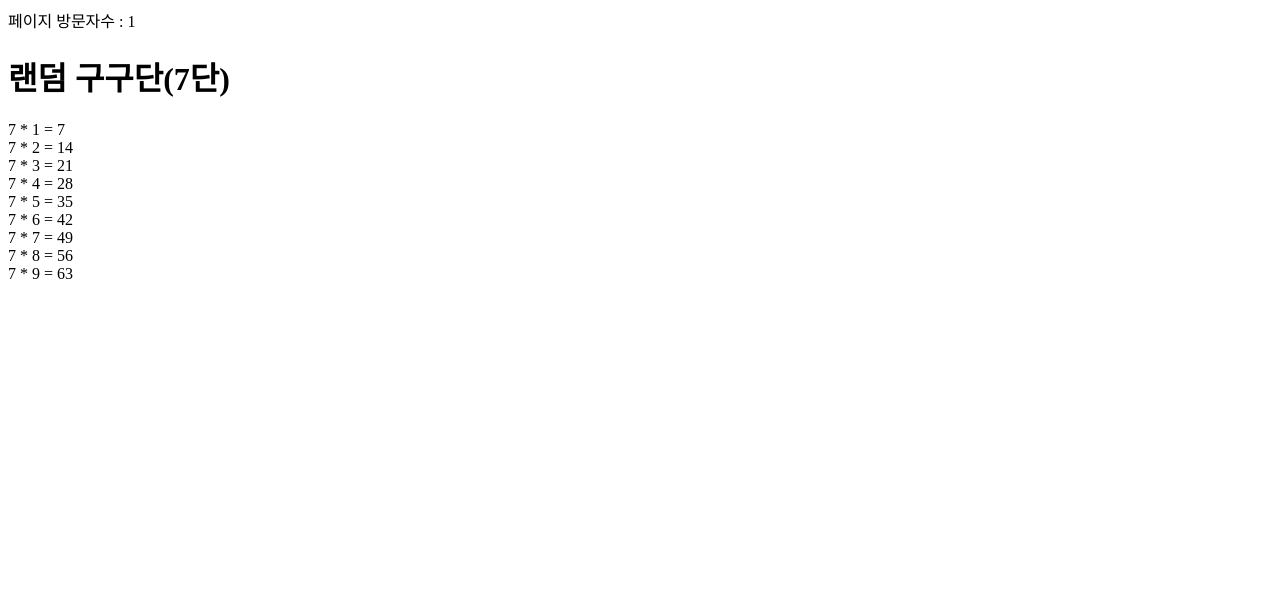
Repository: JongMin22/jsp.practice
Page: http://localhost/JSPBasic/JsPTag/TagQ02.jsp
These files come from the project's save history. The page is drawn as it stood at one moment and after the next save; the edit follows.
The browser window is 1280 px wide. The pictures show the whole page.
The page is served by Tomcat 9.

Above is the page before, as saved 2022-02-02 13:23:56.

After the next save:
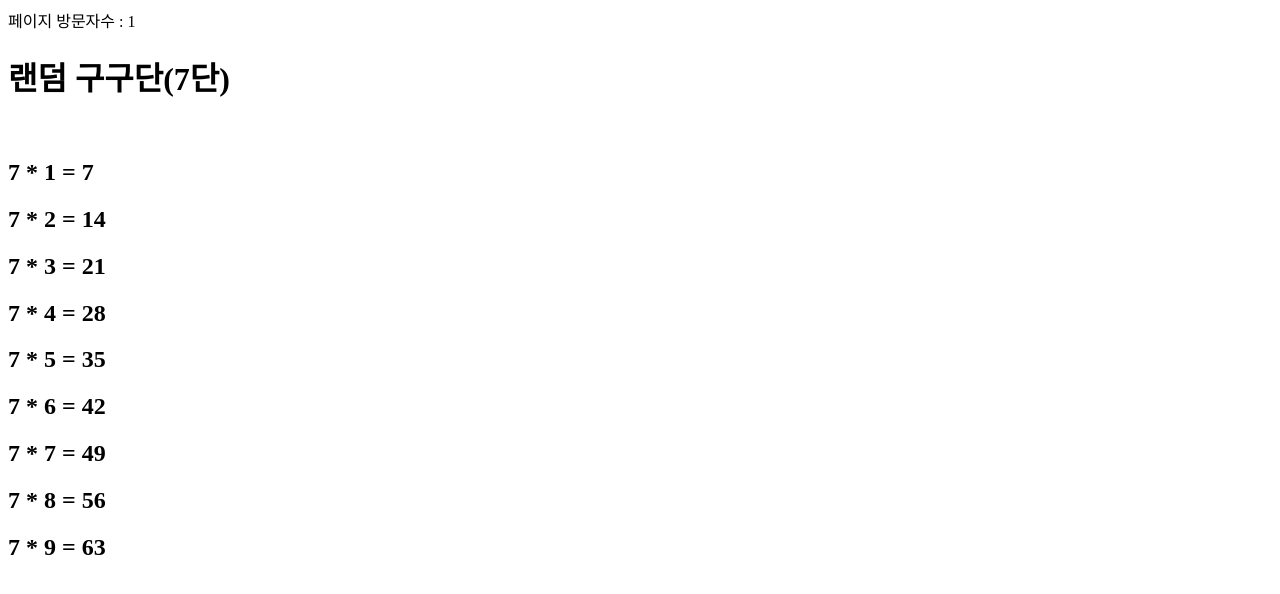
Saved 43 s later.
--- a/JSPBasic/src/main/webapp/JsPTag/TagQ02.jsp
+++ b/JSPBasic/src/main/webapp/JsPTag/TagQ02.jsp
@@ -19,9 +19,9 @@ int randomNum(){
 int currentNum=0;
 out.println("페이지 방문자수 : " +  ++count);
 int a = randomNum();
-out.println("<h1>"+"랜덤 구구단"+"("+a+"단)" + "<br/>"+"</h1>");
+out.println("<h1>"+"랜덤 구구단"+"("+a+"단)" +"</h1>"+"<br/>");
 for(int i=1; i<10; i++){
-		 out.println(a + " * "+ i + " = " + a*i + "<br/>");}
+		 out.println("<h2>"+a + " * "+ i + " = " + a*i + "<br/>");}
 %>
 <body>
 </html>
